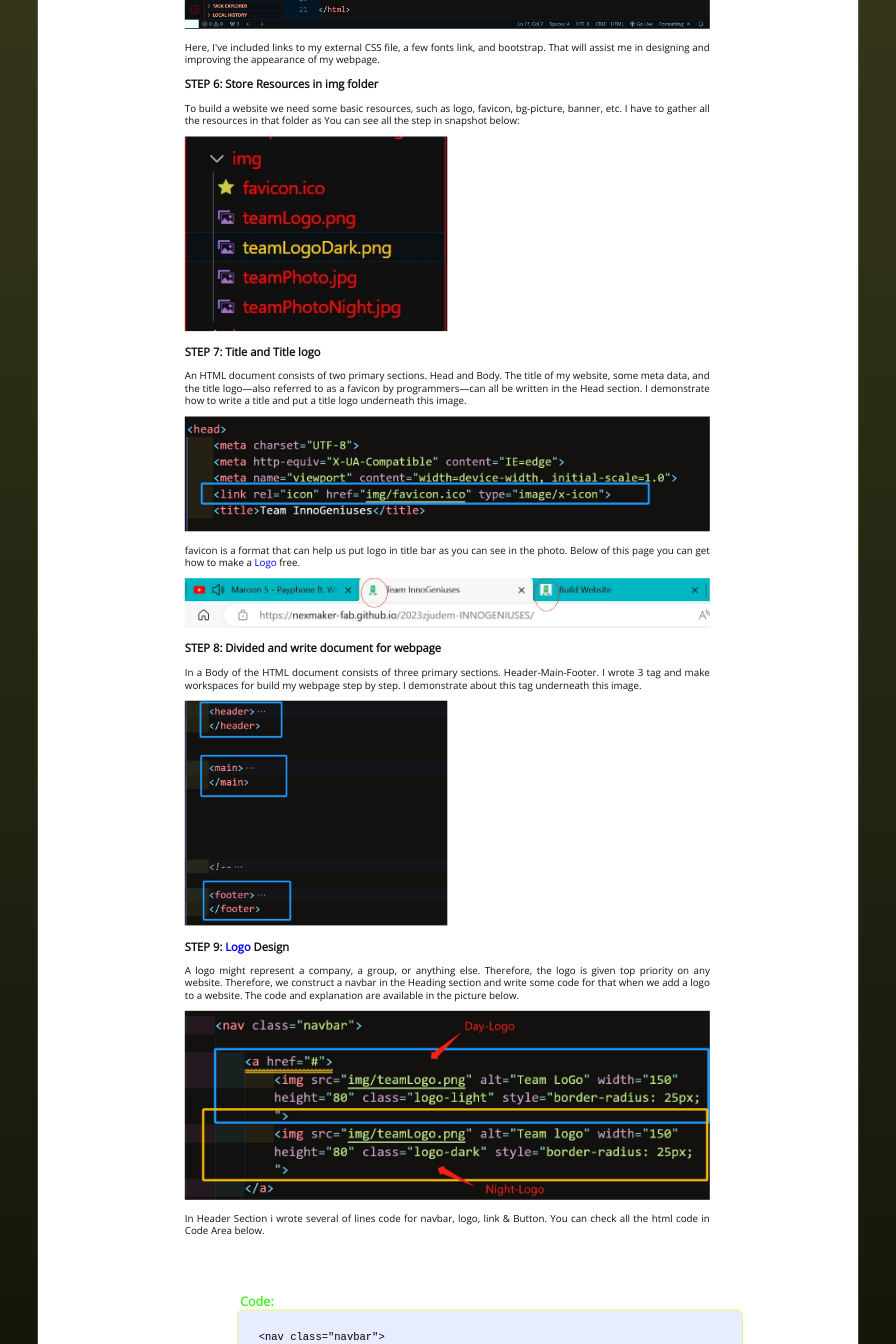
Repository: NexMaker-Fab/2023zjudem-INNOGENIUSES
Page: build web/page1.html
These files come from the project's save history. The page is drawn as it stood at one moment and after the next save; the edit follows.
The browser window is 1280 px wide. The pictures show the part of the page from y = 4580 to 6500 px (the page is 10495 px tall before and 10425 px after), at 70% of full size.
An inner scrolling area shows only its first screen.

Above is the page before, as saved 2023-11-27 02:14:14.

After the next save:
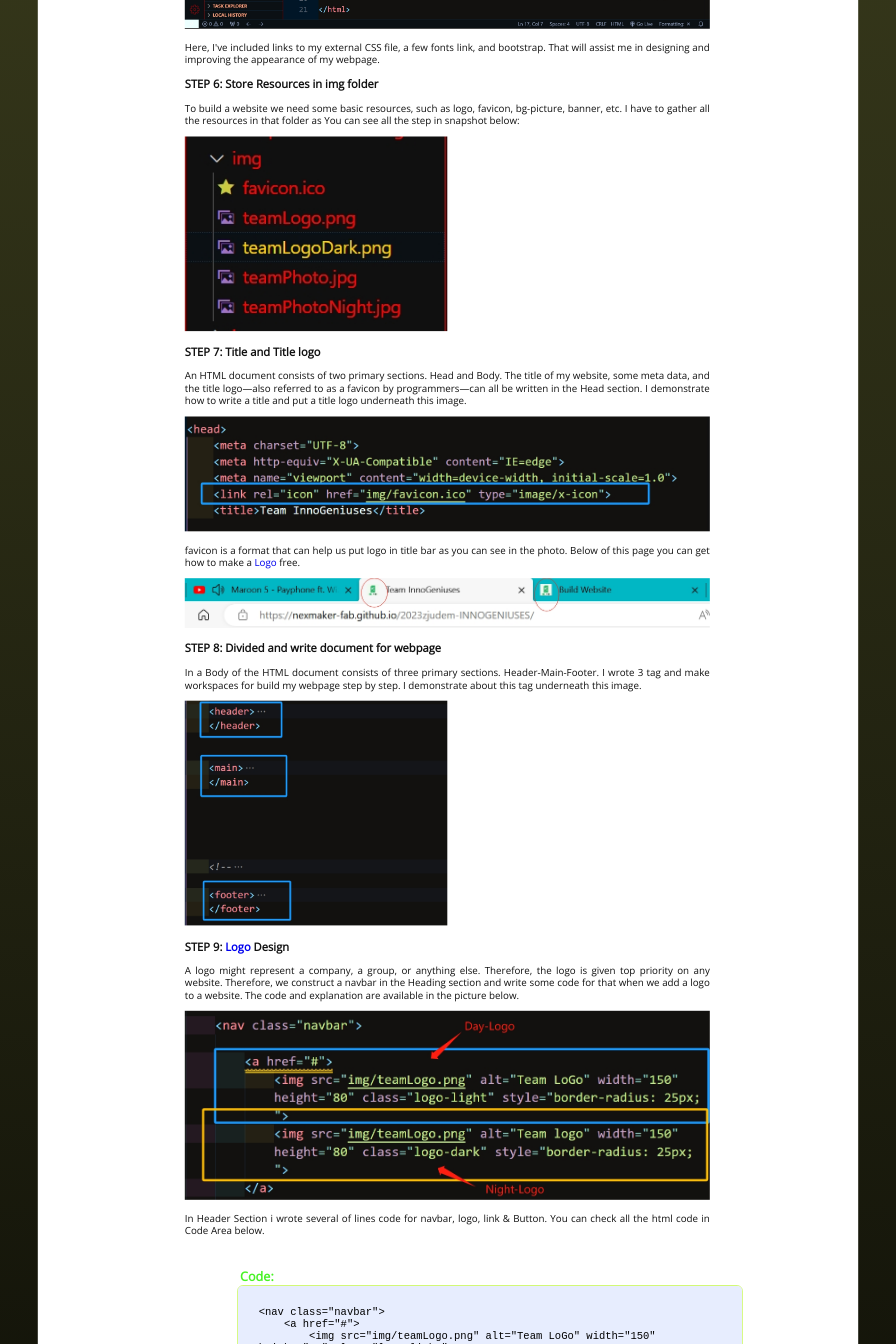
Saved 22 s later.
--- a/build web/styles.css
+++ b/build web/styles.css
@@ -444,7 +444,7 @@ ul#topnav li a:hover {
     height: 300px;
     max-width: 660px;
     width: 100%;
-    margin: 55px 20px;
+    margin: 20px 20px;
 }
 
 .text-boxes .text-box .topic {
